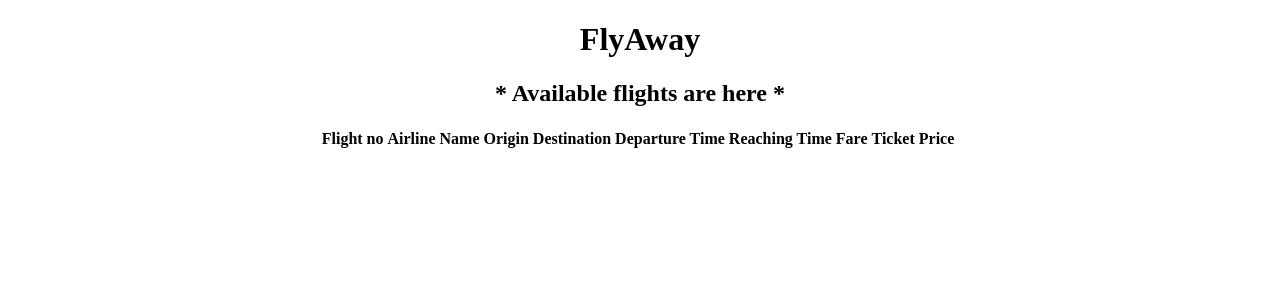
Repository: KartikMuchakandimath/Flyaway
Page: http://localhost/FlayAway/FlightList.jsp
These files come from the project's save history. The page is drawn as it stood at one moment and after the next save; the edit follows.
The browser window is 1280 px wide. The pictures show the whole page.
The page is served by Tomcat 9. Other server files are loaded and not shown. Queries for data that is not in the repository find no rows.

Above is the page before, as saved 2022-04-22 11:36:02.

### FlayAway/src/main/webapp/FlightList.jsp
<%@page import="java.sql.Connection"%>
<%@page import="java.sql.ResultSet"%>
<%@page import="java.sql.DriverManager"%>
<%@page import="java.sql.PreparedStatement"%>
<%@page import="java.io.IOException"%>
<%@ page language="java" contentType="text/html; charset=ISO-8859-1"
    pageEncoding="ISO-8859-1"%>
<!DOCTYPE html>
<html>
<head>
<meta charset="ISO-8859-1">
<title>Insert title here</title>
</head>
<body>
<center>
<div>
<div class="head">
	<h1>FlyAway</h1>
</div>
</div>
<div>
	<h2>* Available flights are here *</h2>
		<table>
			<tr>
				<th>Flight no </th>
				<th> Airline Name </th>
				<th> Origin </th>
				<th> Destination </th>
				<th> Departure Time </th>
				<th> Reaching Time </th>
				<th> Fare</th>
				<th> Ticket Price</th>
				<th></th>

			</tr>

		<%
		Connection connection;
		  // PreparedStatement pstmt;

			Class.forName("com.mysql.jdbc.Driver");
			connection = DriverManager.getConnection("jdbc:mysql://localhost:3306/flyaway", "root", "root");

			System.out.println("connection success");
			PreparedStatement pstmt = connection.prepareStatement("select flightno,airline_name,origin,destination,departure_time,arrival_time,fare,ticket_price from flightdetails");
					ResultSet rs = pstmt.executeQuery();
			while (rs.next()) {
		 %>
		 	<tr>

			<td><%=rs.getString("flightno")%></td>
			<td><%=rs.getString("airline_name")%></td>
			<td><%=rs.getString("origin")%></td>
			<td><%=rs.getString("destination")%></td>
			<td><%=rs.getString("departure_time")%></td>
			<td><%=rs.getString("arrival_time")%></td>
			<td><%=rs.getString("fare")%></td>
			<td><%=rs.getString("ticket_price")%></td>


		</tr>


		<%
			}
			%>
				</table>
	<br>
	<br>
	<center>

</body>
</html>

After the next save:
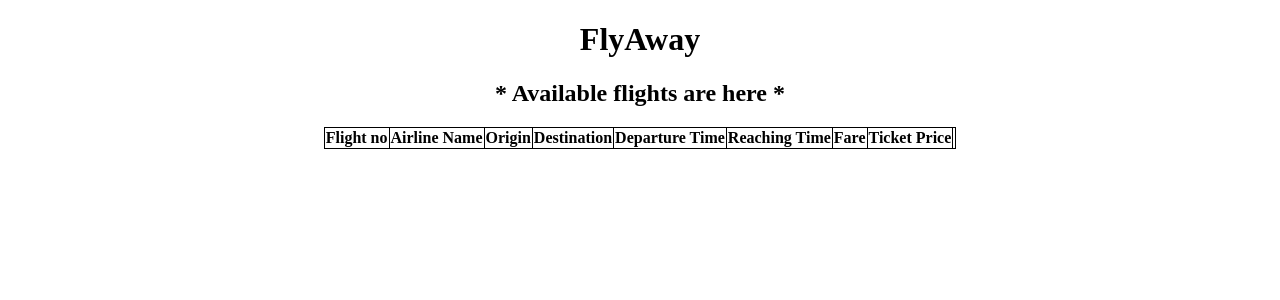
Saved 2 min 3 s later.
--- a/FlayAway/src/main/webapp/FlightList.jsp
+++ b/FlayAway/src/main/webapp/FlightList.jsp
@@ -7,6 +7,12 @@
     pageEncoding="ISO-8859-1"%>
 <!DOCTYPE html>
 <html>
+<style>
+table, th, td {
+  border: 1px solid black;
+  border-collapse: collapse;
+}
+</style>
 <head>
 <meta charset="ISO-8859-1">
 <title>Insert title here</title>
